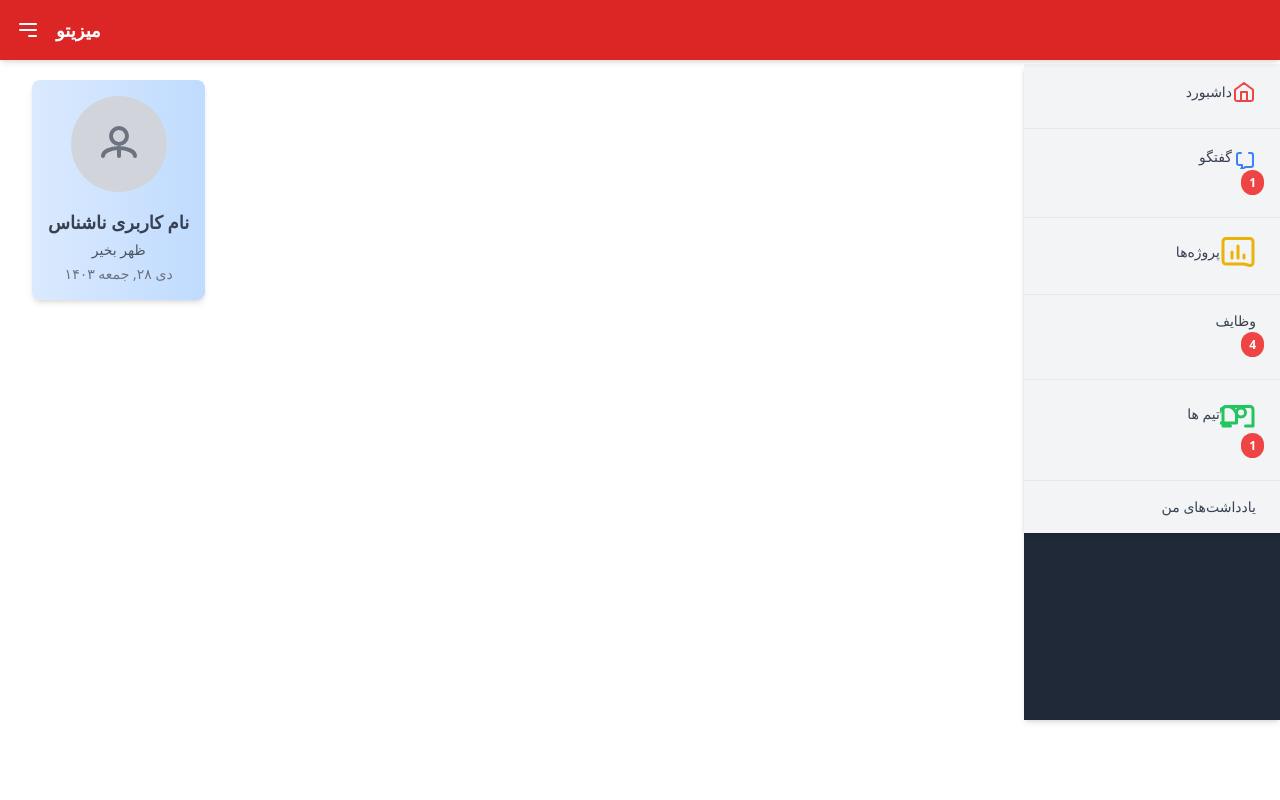
Repository: spnovaa/work-hive
Page: / (app in front_end/)
The author's editor kept a copy of each file at every save. The page is drawn from the files as they stood at one save, then again after a run of saves.
The browser window is 1280 px wide. The pictures show the whole page.
The page's requests for data from a server got no answer. The project was rebuilt for these pictures with package versions that can differ from the ones it lists, and the page was loaded fresh each time. No one was signed in, and anything a server would have sent is missing. Also part of the build but not shown: front_end/src/api/auth.js, front_end/src/components/loadingSpinner.jsx, front_end/src/pages/login.jsx, front_end/src/pages/registration.jsx, front_end/src/common/axiosInstance.js, front_end/src/components/profile/profileSettingsModal.jsx, front_end/src/components/profile/dropdown.jsx, front_end/src/components/project/projectCardComponent.jsx and 10 more.

Above is the page before, as saved 2025-01-18 14:09:58.

After the next 2 saves:
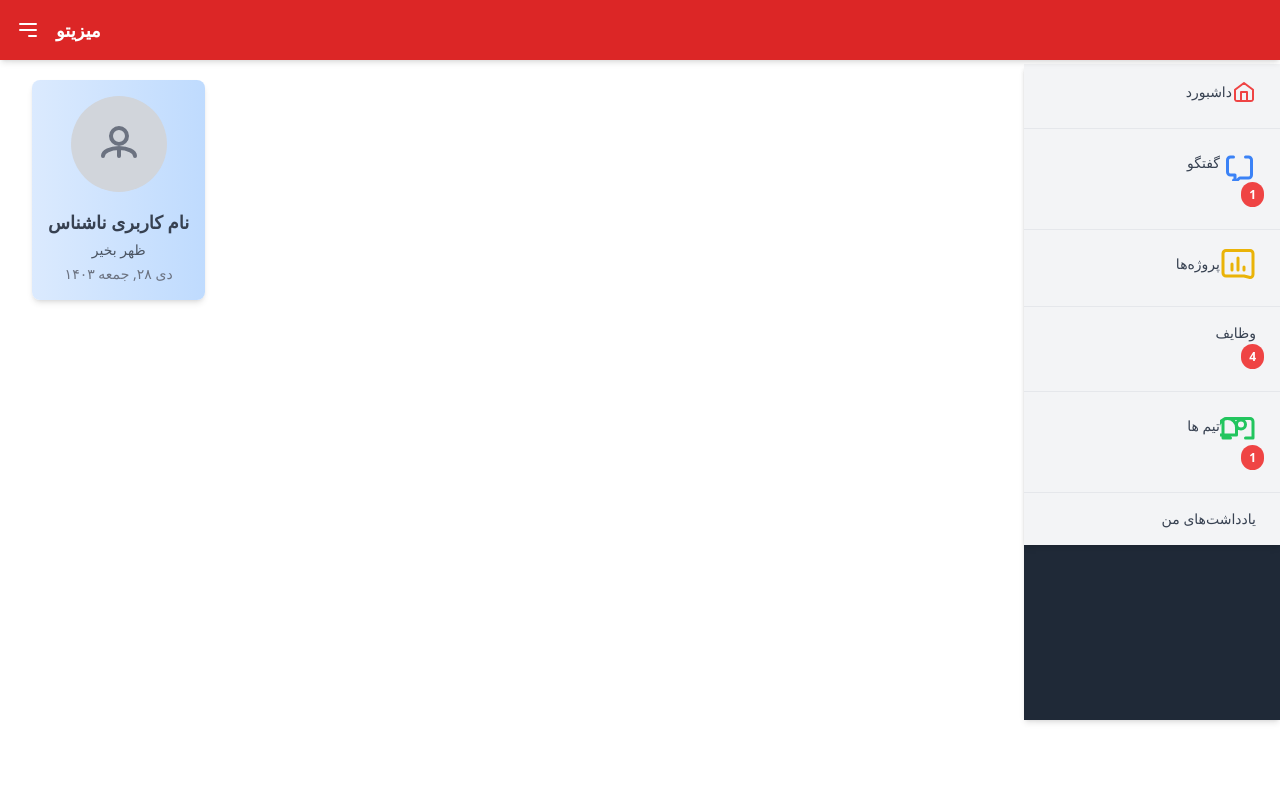
The 2 saves are shown as one change because they came seconds apart.
The last was saved 7 s later.
--- a/front_end/src/components/dashboardSidebar.jsx
+++ b/front_end/src/components/dashboardSidebar.jsx
@@ -60,7 +60,7 @@ function DashboardSidebar() {
                icon={
                 <svg
                   xmlns="http://www.w3.org/2000/svg"
-                  className="h-6 w-6 text-blue-500"
+                  className="h-9 w-9 text-blue-500"
                   fill="none"
                   viewBox="0 0 24 24"
                   stroke="currentColor"
